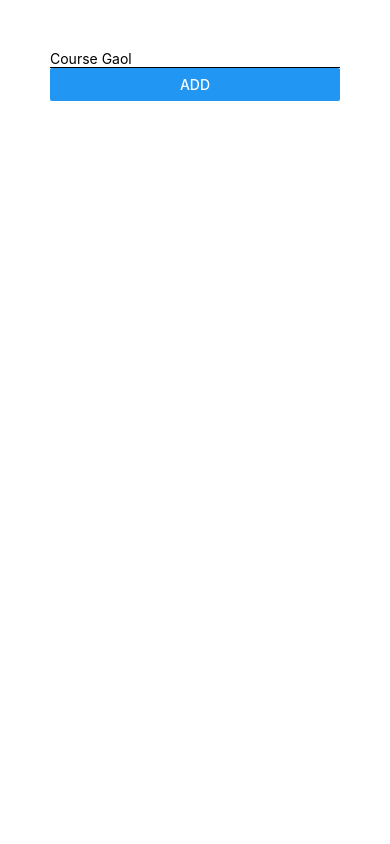
Repository: Zolds403/ReactNativePractice
Screen: /
These files come from the project's save history. The screen is drawn as it stood at one moment and after the next save; the edit follows.
The app was drawn by React Native's web renderer in a window 390 px wide. The project was rebuilt for these pictures with package versions that can differ from the ones it lists, and the page was loaded fresh each time.

Above is the screen before, as saved 2021-07-19 20:21:25.

After the next save:
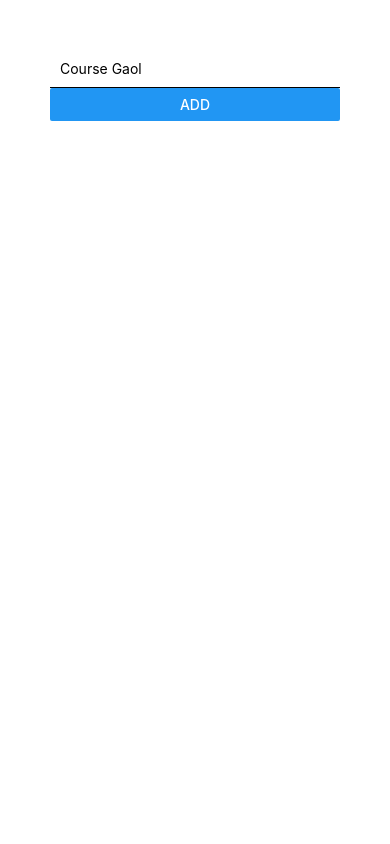
Saved 16 s later.
--- a/App.js
+++ b/App.js
@@ -6,7 +6,7 @@ export default function App() {
   return (
     <View style={{padding: 50}}>
       <View>
-        <TextInput placeholder="Course Gaol" style={{borderColor: 'black', borderBottomWidth: 1 }}/>
+        <TextInput placeholder="Course Gaol" style={{borderColor: 'black', borderBottomWidth: 1, padding: 10 }}/>
         <Button title="ADD" />
       </View>
       <View>
